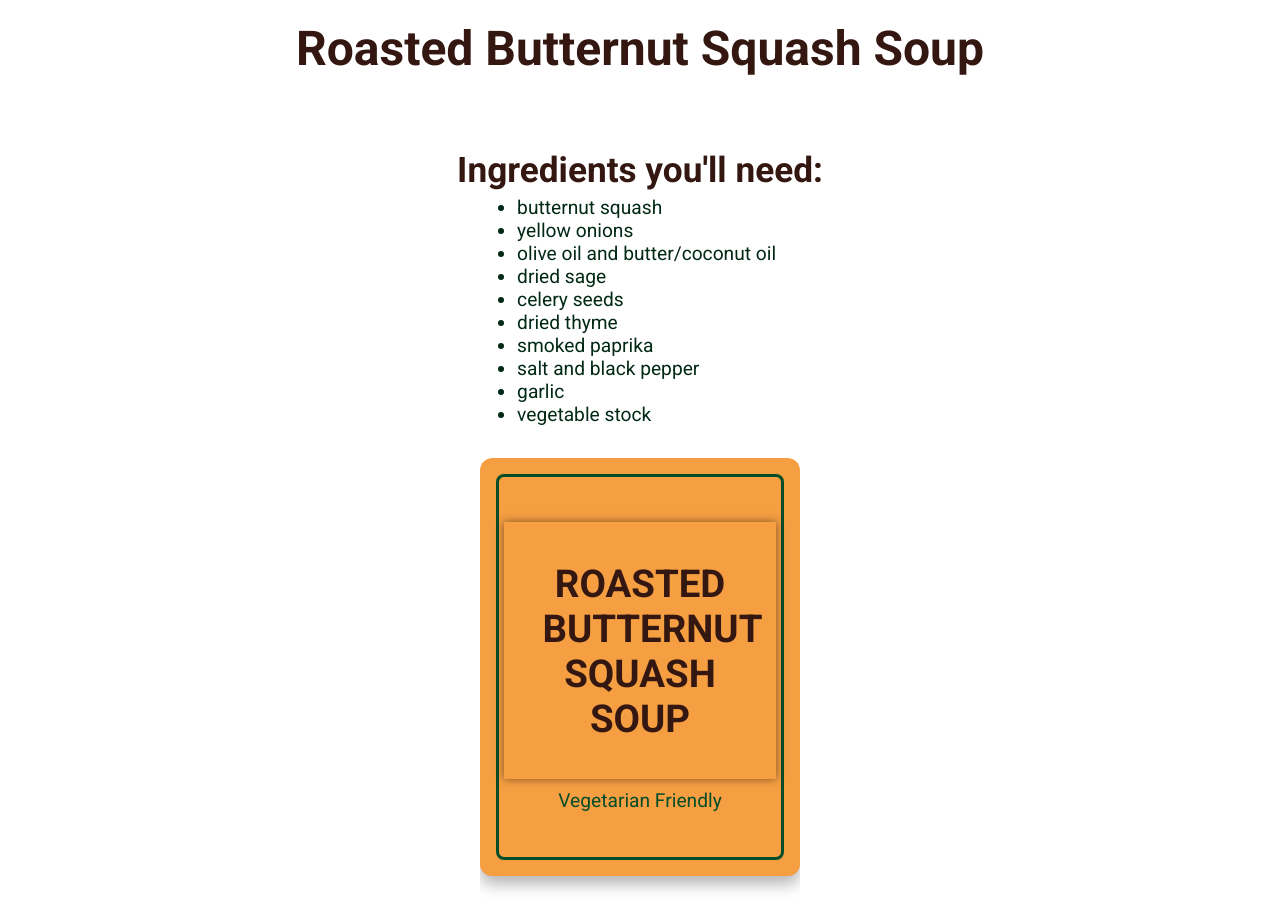
Repository: IDMX225/css-card-flip-LyssaMA
Page: src/index.html
An editor plug-in stored every save of this project. The page is shown before and after the next save, followed by the edit.
The browser window is 1280 px wide. The pictures show the whole page.
The style sheet was rebuilt from its Sass, Less or Tailwind sources for each picture, by a compiler version that may differ from the author's.

Above is the page before, as saved 2024-11-12 20:51:17.
Not found: src/js/index.js

After the next save:
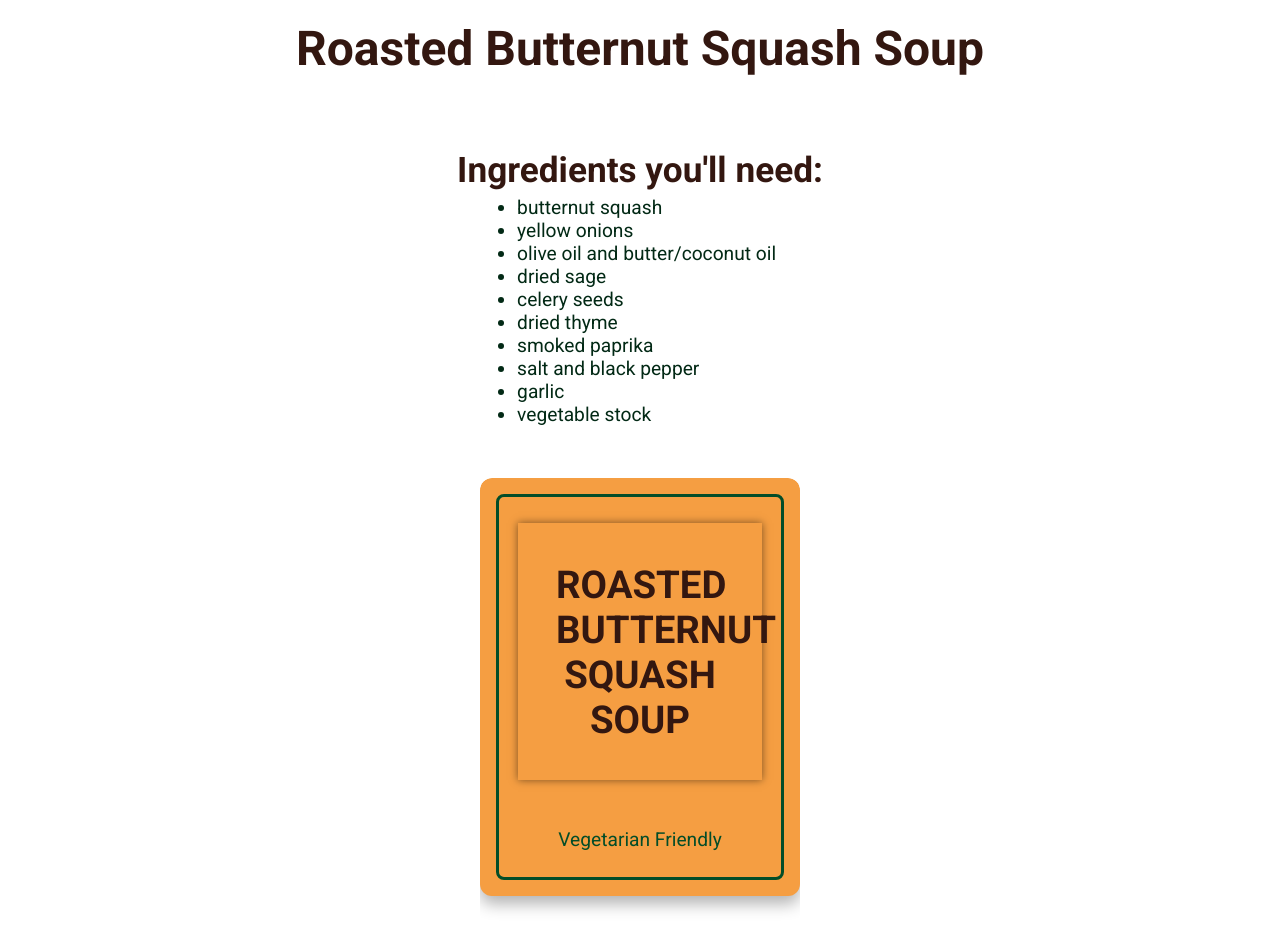
Saved 3 min 20 s later.
--- a/src/sass/main.scss
+++ b/src/sass/main.scss
@@ -13,7 +13,7 @@
 *,
 *::before,
 *::after {
-  box-sizing: border-box; /* Ensures padding and border are included in width/height */
+  box-sizing: border-box; /* Ensure padding and border are part of the width/height */
   margin: 0;
 }
 
@@ -69,6 +69,7 @@ body {
   display: flex;
   flex-direction: column;
   position: relative;
+  margin-top: 20px;
 }
 
 /* Card Content */
@@ -93,8 +94,8 @@ body {
   right: 0;
   bottom: 0;
   backface-visibility: hidden;
-  display: grid;
-  justify-items: center;
+  display: flex;
+  justify-content: center;
   align-items: center;
   border-radius: 12px; /* Ensure the corners of both front and back are rounded */
   box-sizing: border-box; /* Ensures padding and border are included */
@@ -106,7 +107,7 @@ body {
 .card__front {
   background-color: var(--clr);
   color: #034d28; /* Dark green text for contrast */
-  padding: 2em 1.5em;  /* Adjust padding for consistent spacing */
+  padding: 1.5em;  /* Adjust padding for consistent spacing */
   border-radius: 12px; /* Match the card's rounded corners */
   box-shadow: 0 8px 16px rgba(0, 0, 0, 0.3); /* Add shadow to front for depth */
   position: relative;
@@ -142,8 +143,9 @@ body {
   text-align: center;
   position: relative;
   z-index: 1;  /* Ensure the title is on top of the border */
-  width: 100%;  /* Ensure title box stretches across the card */
+  width: 90%;  /* Ensure title box stretches across the card */
   box-sizing: border-box; /* Include padding in the overall width calculation */
+  margin-bottom: 1em; /* Space between title and subtitle */
 }
 
 /* Subtitle on Card */
@@ -161,7 +163,7 @@ body {
   color: #f7d07d;
   transform: rotateY(180deg);
   border-radius: 12px; /* Ensure the back matches the card's rounded corners */
-  padding: 2.5em; /* Add padding to the back */
+  padding: 2em; /* Add padding to the back */
   box-sizing: border-box; /* Include padding in the overall size */
   display: flex;
   justify-content: center;
@@ -175,4 +177,5 @@ body {
   line-height: 1.5;
   text-align: center;
   max-width: 90%; /* Prevent text from stretching too wide */
+  word-wrap: break-word; /* Prevent text from going out of bounds */
 }
